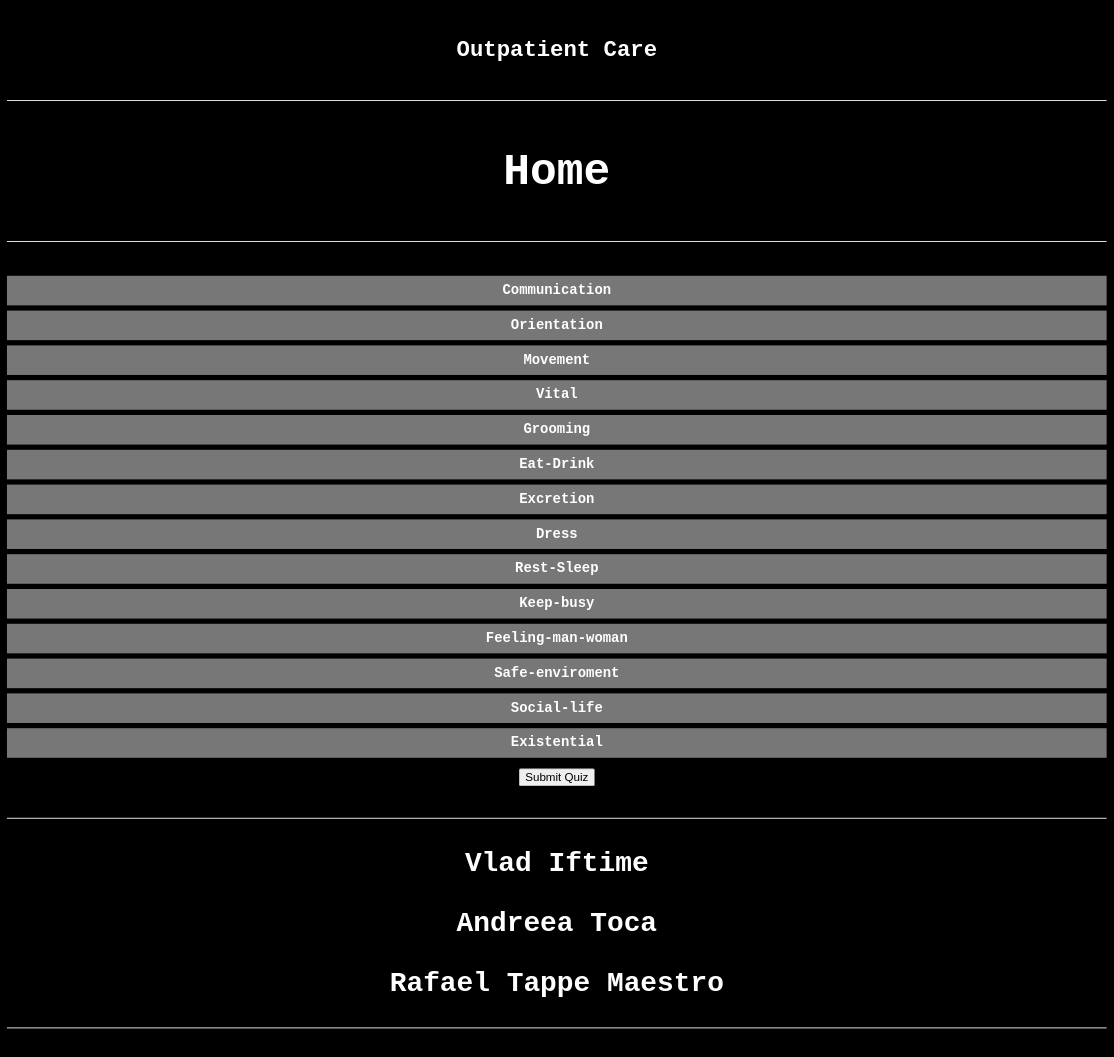
Repository: VladIftime/KnowledgeTechnology2019
Page: src/front/index.html
The author's editor kept a copy of each file at every save. The page is drawn from the files as they stood at one save, then again after the next save.
The browser window is 1280 px wide. The pictures show the whole page, at 87% of full size.

Above is the page before, as saved 2020-01-11 20:10:33.

After the next save:
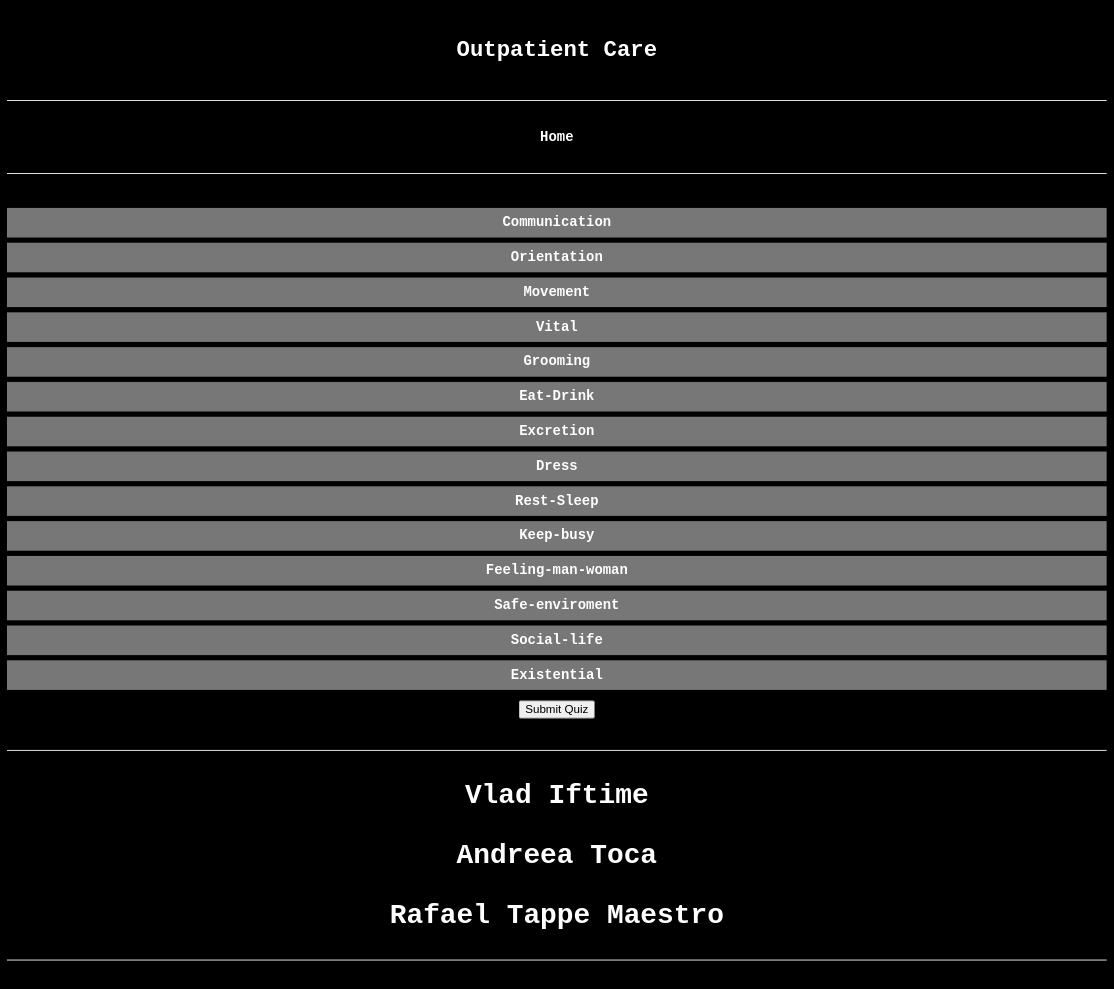
Saved 4 s later.
--- a/src/front/index.html
+++ b/src/front/index.html
@@ -24,7 +24,7 @@
         </header>
         <nav>
             <hr>
-            <p style="font-size:160%;"><a href="http://localhost:8000/">Home</a></p>
+            <p style="font-size:50%;"><a href="http://localhost:8000/">Home</a></p>
             <hr>
         </nav>
         <article>
